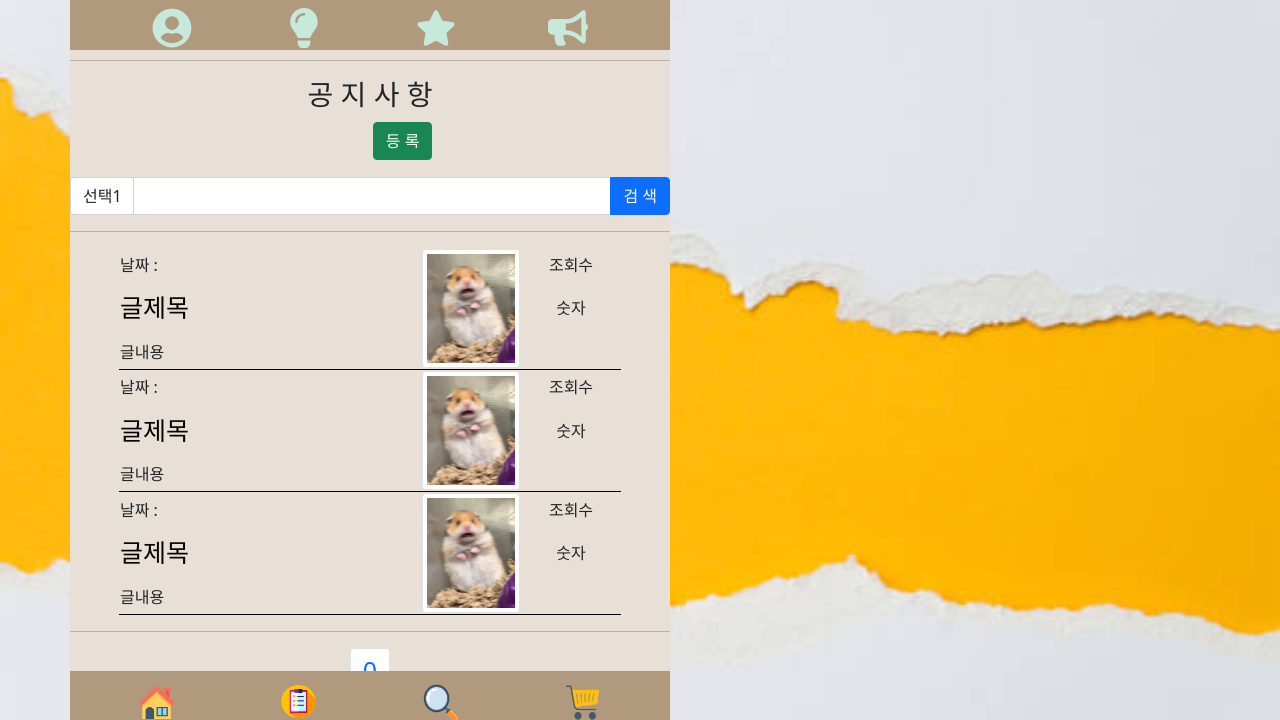
Repository: heegyu97/project
Page: http://localhost/0801_mvc2/WEB-INF/views/notice/notice.jsp
The author's editor kept a copy of each file at every save. The page is drawn from the files as they stood at one save, then again after the next save.
The browser window is 1280 px wide. The pictures show the whole page.
An inner scrolling area shows only its first screen. Some web libraries are served in a nearby version. The page is served by Tomcat 9. Nobody is signed in. The template is opened directly, without the code that normally fills it, so the values that code supplies are empty.

Above is the page before, as saved 2022-08-11 06:11:34.

After the next save:
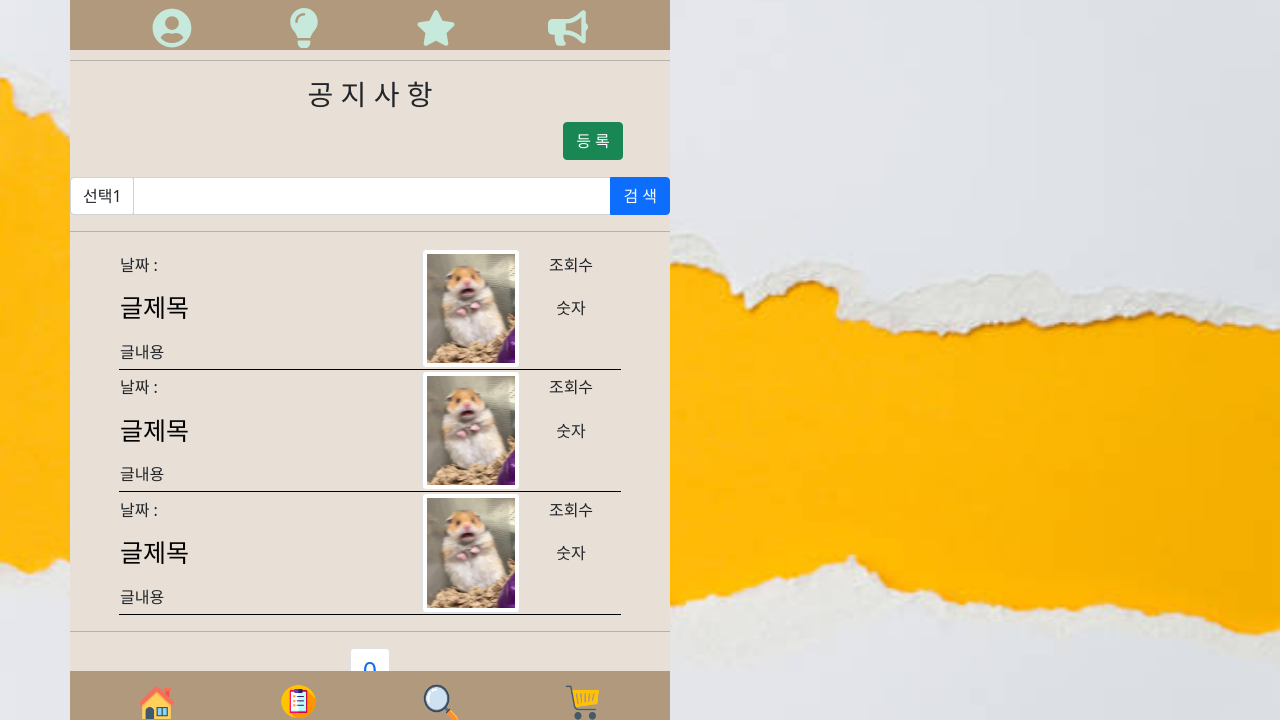
Saved 13 s later.
--- a/0720/0801_mvc2/src/main/webapp/WEB-INF/views/notice/notice.jsp
+++ b/0720/0801_mvc2/src/main/webapp/WEB-INF/views/notice/notice.jsp
@@ -55,7 +55,7 @@
 
 
 		<table>
-			<col class="w-20">
+			<col class="w-25">
 
 			<tbody>
 				<tr>
